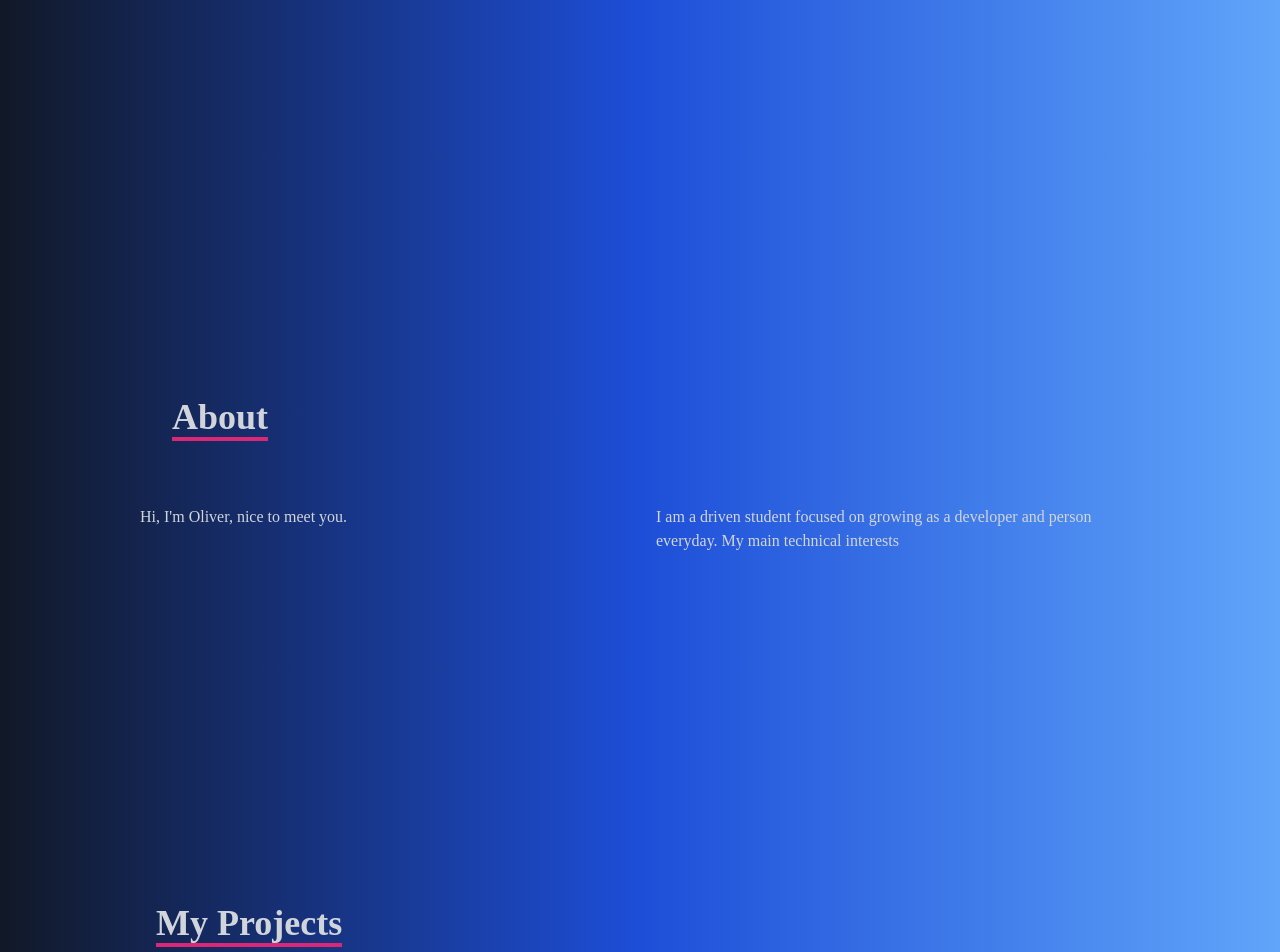
Repository: olichengus/Project-Portfolio
Page: /
These files come from the project's save history. The page is drawn as it stood at one moment and after the next save; the edit follows.
The browser window is 1280 px wide. The pictures show the part of the page from y = 605 to 1557 px (the page is 2160 px tall).
The project was rebuilt for these pictures with package versions that can differ from the ones it lists, and the page was loaded fresh each time.

Above is the page before, as saved 2024-02-10 00:32:37.

After the next save:
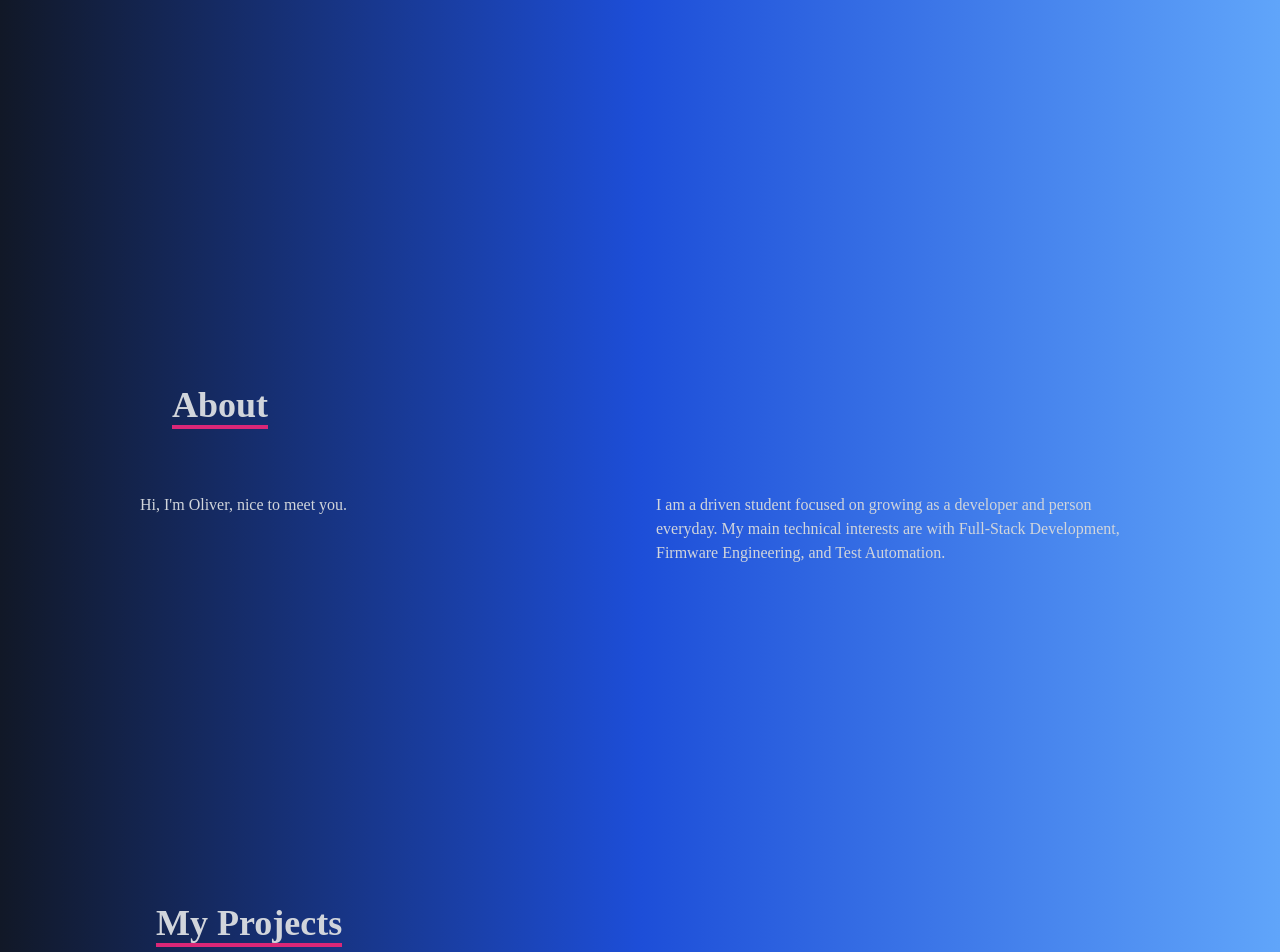
Saved 16 s later.
--- a/src/components/About.jsx
+++ b/src/components/About.jsx
@@ -15,7 +15,7 @@ const About = () => {
                         <p>Hi, I'm Oliver, nice to meet you.</p>
                     </div>
                     <div>
-                        I am a driven student focused on growing as a developer and person everyday. My main technical interests
+                        I am a driven student focused on growing as a developer and person everyday. My main technical interests are with Full-Stack Development, Firmware Engineering, and Test Automation.
                     </div>
                 </div>
             </div>
